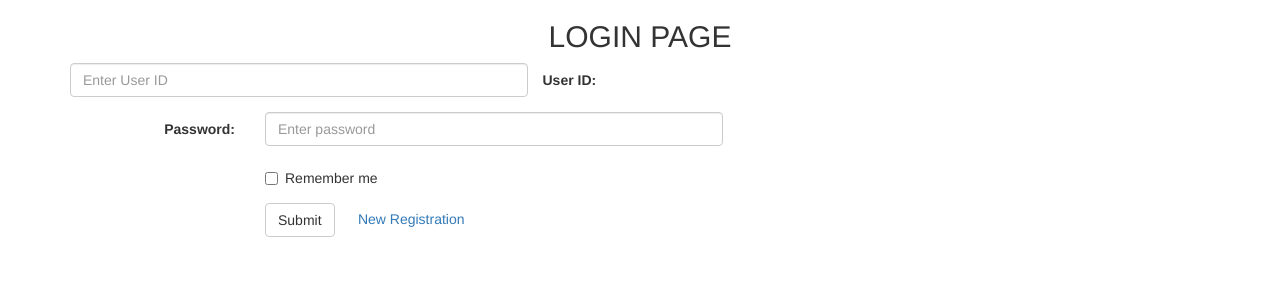
Repository: AvantiKopulwar/Task-Workspace
Page: http://localhost/AdminStudentLogin/
An editor plug-in stored every save of this project. The page is shown before and after the next save, followed by the edit.
The browser window is 1280 px wide. The pictures show the whole page.
The page is served by Tomcat 9. Other server files are loaded and not shown.

Above is the page before, as saved 2018-10-04 17:59:03.

### AdminStudentLogin/WebContent/index.jsp
<%@ page language="java" contentType="text/html; charset=ISO-8859-1"
pageEncoding="ISO-8859-1"%>
<html>
<head>
<title>Login Page</title>
<meta charset="utf-8">
<meta name="viewport" content="width=device-width, initial-scale=1">
<link rel="stylesheet"
	href="https://maxcdn.bootstrapcdn.com/bootstrap/3.3.7/css/bootstrap.min.css">
<script
	src="https://ajax.googleapis.com/ajax/libs/jquery/3.3.1/jquery.min.js"></script>
<script
	src="https://maxcdn.bootstrapcdn.com/bootstrap/3.3.7/js/bootstrap.min.js"></script>
</head>
<body>

	<div class="container">
		<h2 align="center"> LOGIN PAGE</h2>
		<form class="form-horizontal" action="login">
			<div class="form-group">
				<label class="control-label col-sm-20" for="uname">User ID:</label>
				<div class="col-sm-5">
					<input type="text" class="form-control" id="uname"
						placeholder="Enter User ID" name="uname">
				</div>
			</div>
			<div class="form-group">
				<label class="control-label col-sm-2" for="password">Password:</label>
				<div class="col-sm-5">
					<input type="password" class="form-control" id="password"
						placeholder="Enter password" name="password">
				</div>
			</div>
			<div class="form-group">
				<div class="col-sm-offset-2 col-sm-10">
					<div class="checkbox">
						<label><input type="checkbox" name="remember">
							Remember me</label>
					</div>
				</div>
			</div>
			<div class="form-group">
				<div class="col-sm-offset-2 col-sm-10">
					<button type="submit" class="btn btn-default">Submit</button>
					<a href="http://localhost:8020/AdminStudentLogin/register.jsp">&nbsp; &nbsp;&nbsp; New Registration</a>
				</div>
			</div>
		</form>
	</div>

</body>
</html>

After the next save:
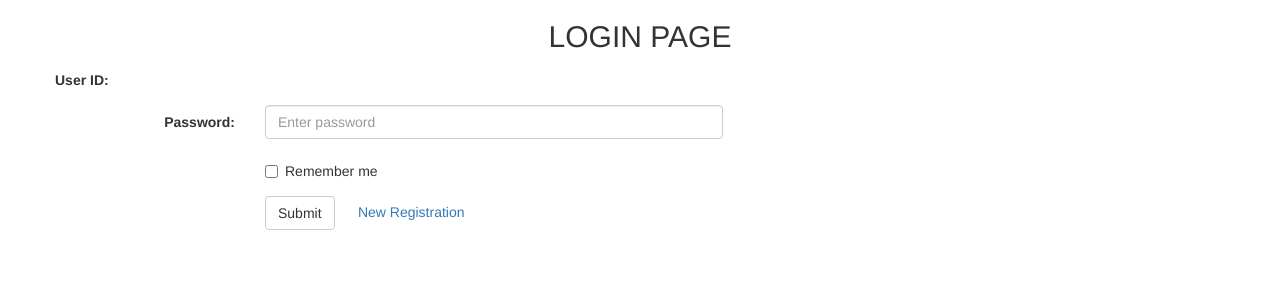
Saved 115 s later.
--- a/AdminStudentLogin/WebContent/index.jsp
+++ b/AdminStudentLogin/WebContent/index.jsp
@@ -19,10 +19,10 @@ pageEncoding="ISO-8859-1"%>
 		<form class="form-horizontal" action="login">
 			<div class="form-group">
 				<label class="control-label col-sm-20" for="uname">User ID:</label>
-				<div class="col-sm-5">
+				<!-- <div class="col-sm-5">
 					<input type="text" class="form-control" id="uname"
 						placeholder="Enter User ID" name="uname">
-				</div>
+				</div> -->
 			</div>
 			<div class="form-group">
 				<label class="control-label col-sm-2" for="password">Password:</label>
